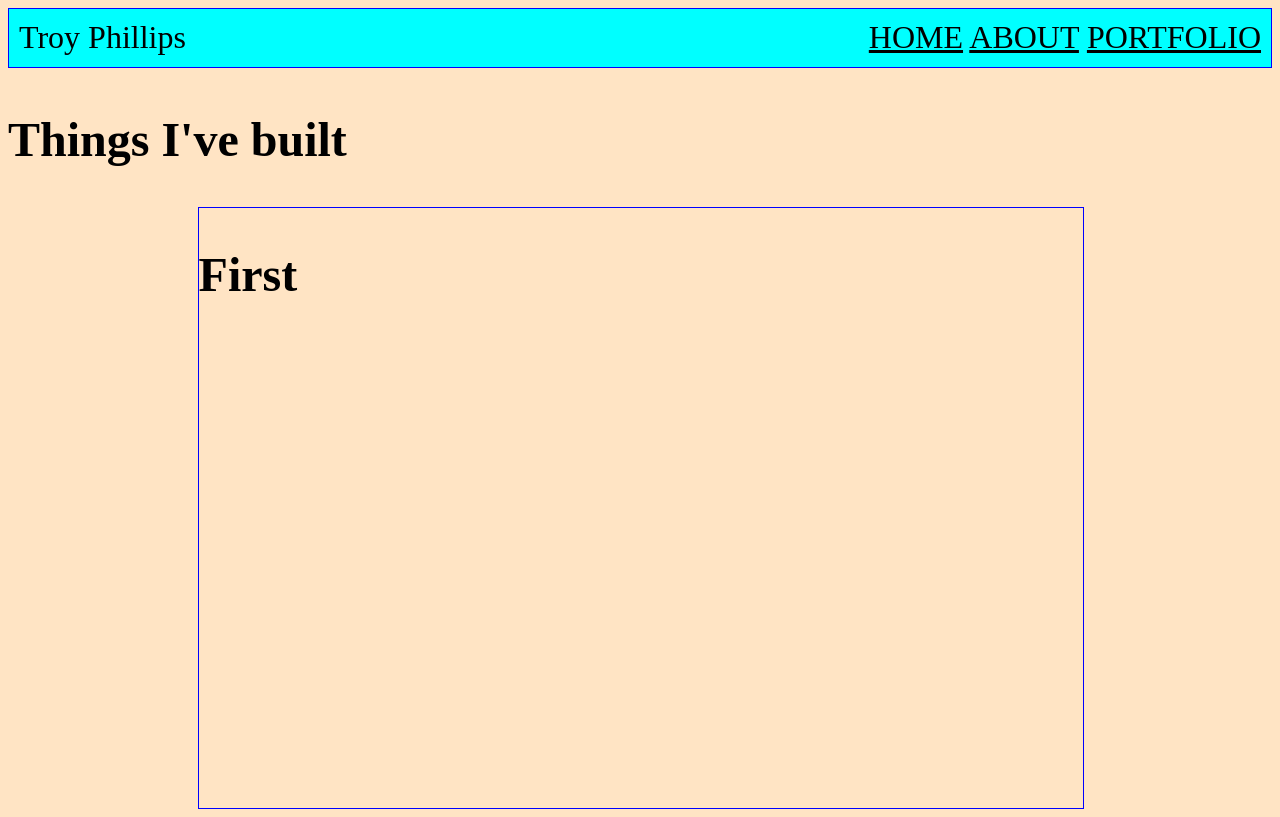
Repository: TheTroyPhillips/Personal-website
Page: portfolio.html
The author's editor kept a copy of each file at every save. The page is drawn from the files as they stood at one save, then again after the next save.
The browser window is 1280 px wide. The pictures show the whole page.

Above is the page before, as saved 2023-09-10 22:33:30.

### portfolio.html
<!DOCTYPE html>
<html lang="en">
<head>
    <meta charset="UTF-8">
    <meta name="viewport" content="width=device-width, initial-scale=1.0">
    <title>Document</title>
    <link rel="stylesheet" href="style.css">
</head>
<body>

    <div class="parent">
        <div class="child">
            <span class="myname">Troy Phillips</span>
        <nav class="pages">
            <a class="active" href="/">HOME</a>
            <a href="/about.html">ABOUT</a>
            <a href="/portfolio.html">PORTFOLIO</a>
        </div>
        <h2>Things I've built</h2>
        <div class="childc">
            <h2>First </h2>
        </div>

### style.css
.child{
    width: 100%;
    height: 60px;
    border: 1px solid blue;
    display: inline-block;
    box-sizing: border-box;
    background-color: aqua;
    padding: 10px;
}
.childb{
    width: 70%;
    height: 600px;
    border: 1px solid blue
}
.myname{
    float: left;
    font-size: 2rem;
}
.pages{
    float: right;
    font-size: 2rem;
}
.pages a.active{
    color: inherit;
}
.pages a{
    color: inherit;
}
body{
    background-color: bisque;
}
main{
    text-align: center;
    margin-left: 5%;
    margin-right: 5%;
    font-size: 1.8rem;
}
p{
    text-align: center;
    font-size: 2.5rem;
    font-family: Verdana, Geneva, Tahoma, sans-serif;
    margin: 130px;
}
.pa{
    margin: 10px;
}
h2{
    font-size: 3rem;
}
.childc{
    width: 70%;
    height: 600px;
    border: 1px solid blue;
    margin-left: 15%;
}

After the next save:
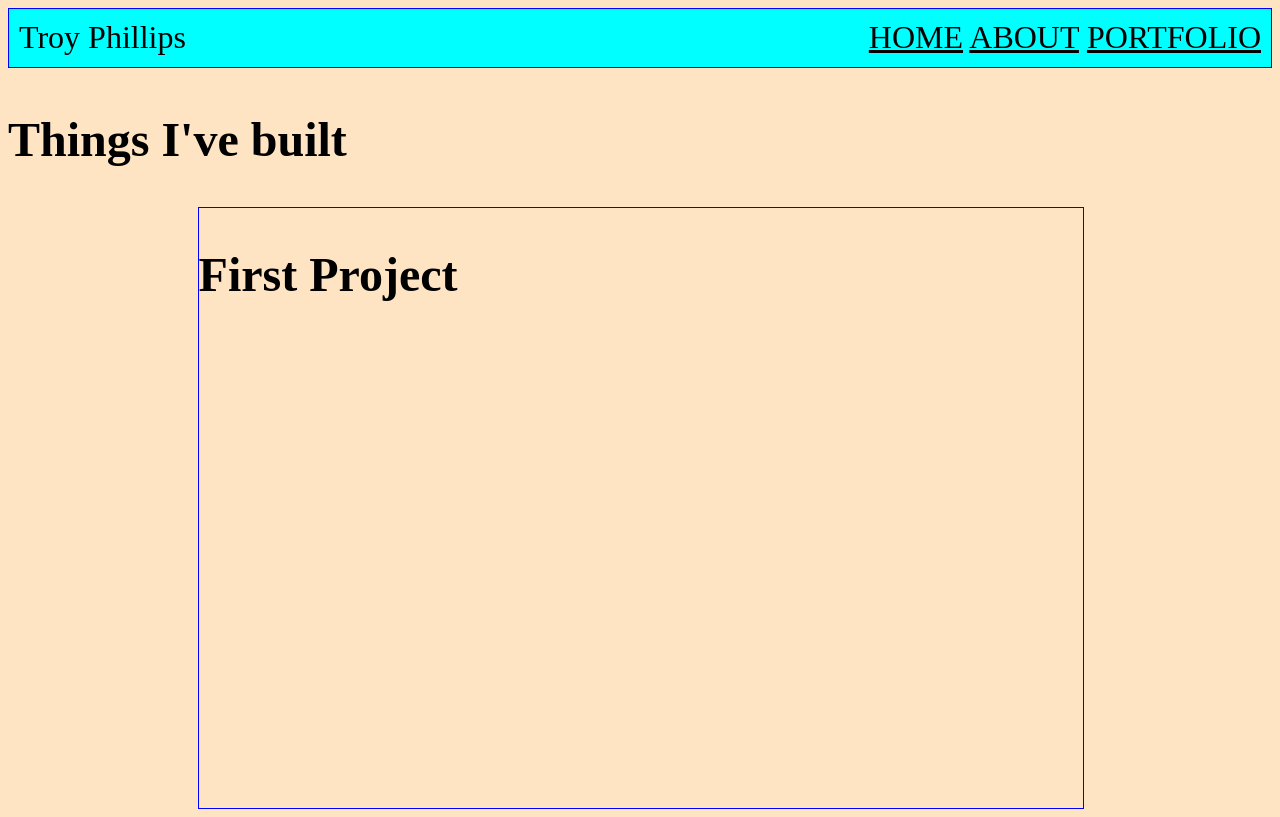
Saved 4 s later.
--- a/portfolio.html
+++ b/portfolio.html
@@ -18,5 +18,5 @@
         </div>
         <h2>Things I've built</h2>
         <div class="childc">
-            <h2>First </h2>
+            <h2>First Project</h2>
         </div>
